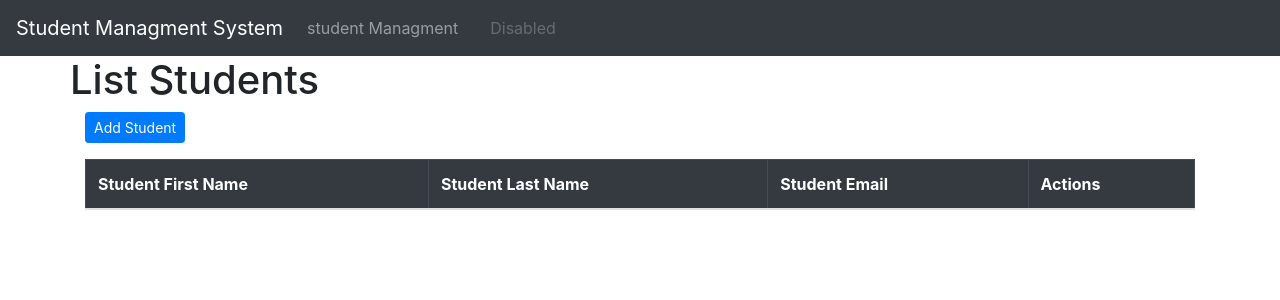
Repository: ahmedalimouhamed/springboot-projects
Page: http://localhost/students
The author's editor kept a copy of each file at every save. The page is drawn from the files as they stood at one save, then again after a run of saves.
The browser window is 1280 px wide. The pictures show the whole page.
The page is this project's Thymeleaf template; nobody is signed in. The template is opened directly, without the code that normally fills it, so the values that code supplies are empty.

Above is the page before, as saved 2023-08-11 16:50:23.

After the next 2 saves:
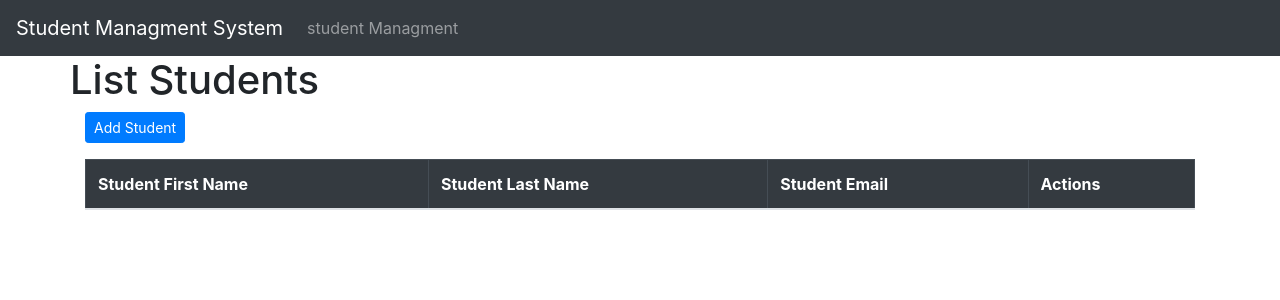
The 2 saves are shown as one change because they came seconds apart.
The last was saved 20 s later.
--- a/student-managment-system/src/main/resources/templates/students.html
+++ b/student-managment-system/src/main/resources/templates/students.html
@@ -19,9 +19,6 @@
 		<div class="collapse navbar-collapse" id="navbarNav">
 			<ul class="navbar-nav">
 				<li class="nav-item"><a class="nav-link" th:href="@{/students}">student Managment</a>
-				</li>
-				<li class="nav-item"><a class="nav-link" href="#"></a></li>
-				<li class="nav-item"><a class="nav-link disabled" href="#">Disabled</a>
 				</li>
 			</ul>
 		</div>
